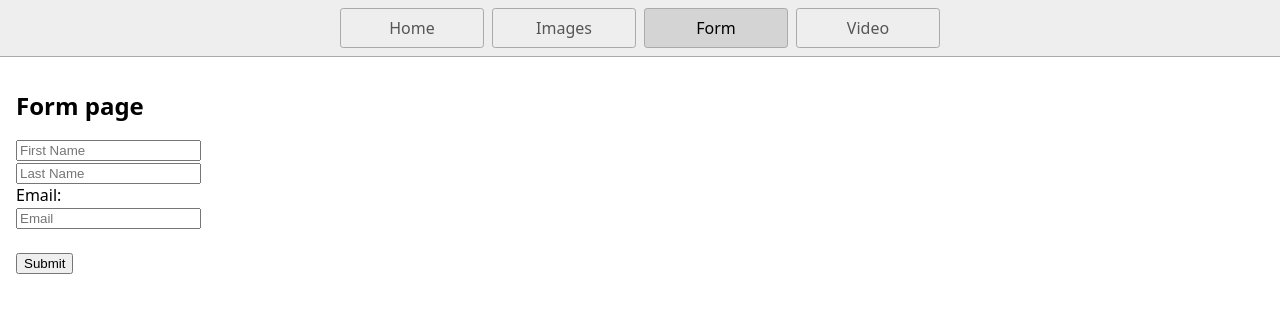
Repository: sebas6292/palmTree-Final
Page: Form.html
The author's editor kept a copy of each file at every save. The page is drawn from the files as they stood at one save, then again after the next save.
The browser window is 1280 px wide. The pictures show the whole page.

Above is the page before, as saved 2023-05-27 11:02:18.
Not found: script.js

### Form.html
<!DOCTYPE html>
<html lang="en">
  <head>
    <title>Home</title>
    <meta charset="UTF-8" />
    <meta name="viewport" content="width=device-width" />
    <!--
      Need a visual blank slate?
      Remove all code in `styles.css`!
    -->
    <link rel="stylesheet" href="styles.css" />
    <script type="module" src="script.js"></script>
  </head>
  <body>
    <nav>
      <a href="/Home.html">Home</a>
      <a href="/Images.html">Images</a>
      <a href="/Form.html" aria-current="page">Form</a>
      <a href="/Video.html">Video</a>
    </nav>
    <main>
      <h1>Form page</h1>
      <form action="/action_page.php">

        <input type="text" id="fname" name="fname" placeholder="First Name"><br>

        <input type="text" id="lname" name="lname" placeholder="Last Name" ><br>
        <label for="email">Email:</label><br>
        <input type="text" id="email" name="email" placeholder="Email"><br>
        <br>
        <input type="submit" value="Submit">
      </form>
    </main>
  </body>
</html>

### styles.css
* {
    box-sizing: border-box;
  }

  body {
    margin: 0;
    font-family: system-ui, sans-serif;
    color: black;
    background-color: white;
  }

  nav {
    display: flex;
    flex-wrap: wrap;
    align-items: center;
    justify-content: center;
    padding: 0.5rem;
    gap: 0.5rem;
    border-bottom: solid 1px #aaa;
    background-color: #eee;
  }

  nav a {
    display: inline-block;
    min-width: 9rem;
    padding: 0.5rem;
    border-radius: 0.2rem;
    border: solid 1px #aaa;
    text-align: center;
    text-decoration: none;
    color: #555;
  }

  nav a[aria-current='page'] {
    color: #000;
    background-color: #d4d4d4;
  }

  main {
    padding: 1rem;
  }

  h1 {
    font-weight: bold;
    font-size: 1.5rem;
  }

After the next save:
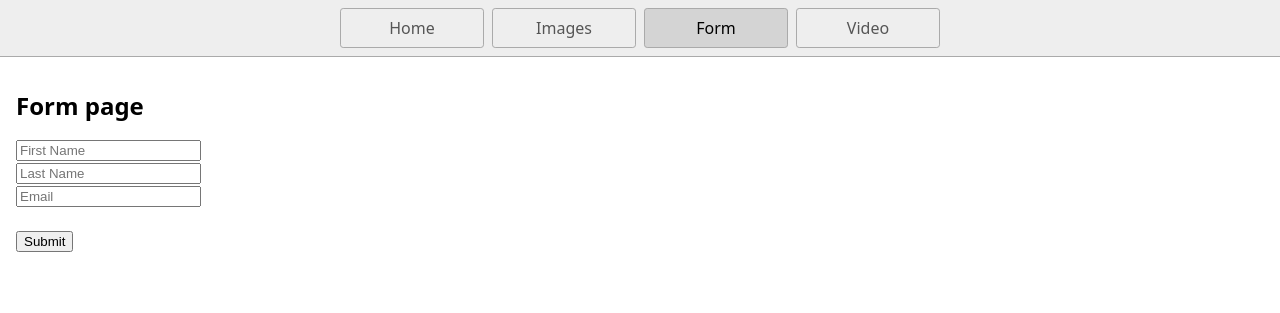
Saved 6 s later.
--- a/Form.html
+++ b/Form.html
@@ -25,7 +25,7 @@
         <input type="text" id="fname" name="fname" placeholder="First Name"><br>
 
         <input type="text" id="lname" name="lname" placeholder="Last Name" ><br>
-        <label for="email">Email:</label><br>
+
         <input type="text" id="email" name="email" placeholder="Email"><br>
         <br>
         <input type="submit" value="Submit">
